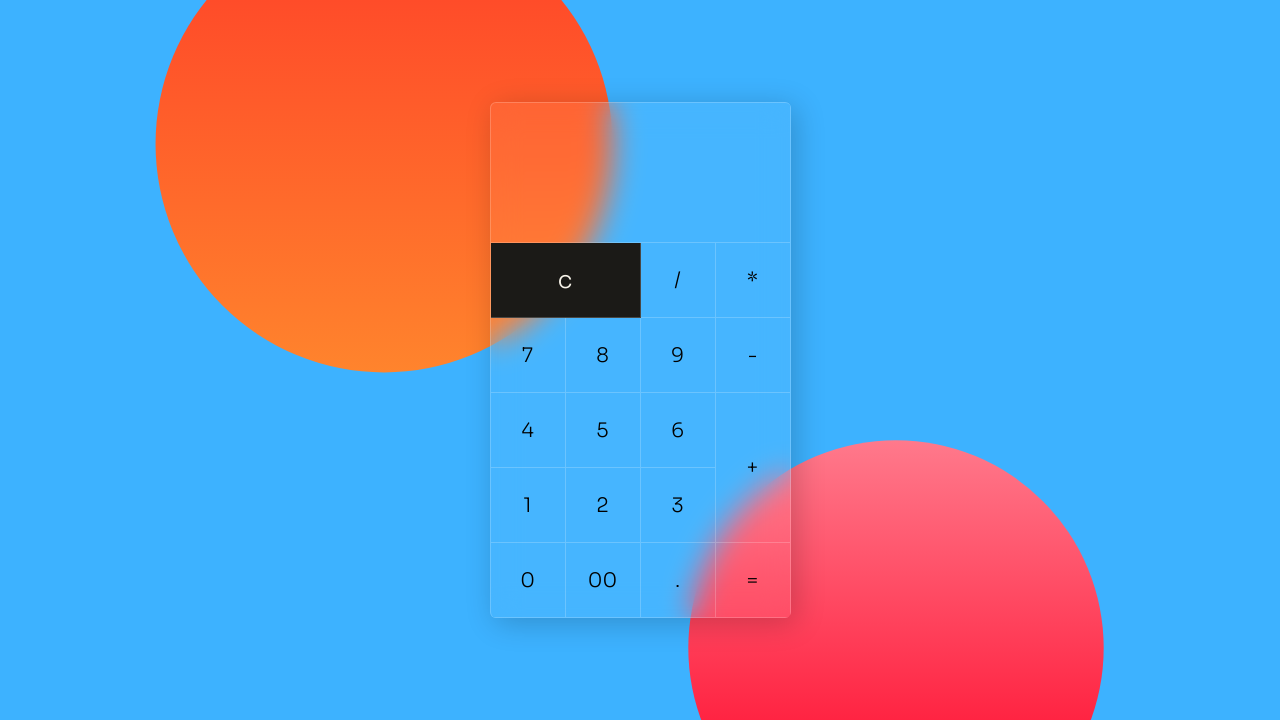
Repository: tharunkumaar404/Glass-Calci
Page: index.html
These files come from the project's save history. The page is drawn as it stood at one moment and after the next save; the edit follows.
The browser window is 1280 px wide. The pictures show the whole page.
The first visible `.container .calculator span` is being pressed.

Above is the page before, as saved 2021-08-26 15:09:10.

### index.html
<!DOCTYPE html>
<html lang="en">
<head>
    <meta charset="UTF-8">
    <meta http-equiv="X-UA-Compatible" content="IE=edge">
    <meta name="viewport" content="width=device-width, initial-scale=1.0">
    <title>Calculator</title>
    <link rel="stylesheet" href="styles.css">
</head>
<body>
    <div class="container">
        <form class="calculator" name="calc">
            <input type="text" readonly class="value" name="txt"/>
            <span class="num clear" onclick="calc.txt.value = ''">c</span>
            <span class="num" onclick="document.calc.txt.value +='/'">/</span>
            <span class="num" onclick="document.calc.txt.value +='*'">*</span>
            <span class="num" onclick="document.calc.txt.value +='7'">7</span>
            <span class="num" onclick="document.calc.txt.value +='8'">8</span>
            <span class="num" onclick="document.calc.txt.value +='9'">9</span>
            <span class="num" onclick="document.calc.txt.value +='-'">-</span>
            <span class="num" onclick="document.calc.txt.value +='4'">4</span>
            <span class="num " onclick="document.calc.txt.value +='5'">5</span>
            <span class="num" onclick="document.calc.txt.value +='6'">6</span>
            <span class="num plus" onclick="document.calc.txt.value +='+'">+</span>
            <span class="num" onclick="document.calc.txt.value +='1'">1</span>
            <span class="num" onclick="document.calc.txt.value +='2'">2</span>
            <span class="num" onclick="document.calc.txt.value +='3'">3</span>
            <span class="num" onclick="document.calc.txt.value +='0'">0</span>
            <span class="num" onclick="document.calc.txt.value +='00'">00</span>
            <span class="num" onclick="document.calc.txt.value +='.'"">.</span>
            <span class="num equal" onclick="document.calc.txt.value =eval(calc.txt.value)">=</span>
        </form>
    </div>
    <script type="text/javascript" src="vanilla-tilt.js"></script>
    <script type="text/javascript">
    	VanillaTilt.init(document.querySelector(".container"), {
    		max: 15,
    		speed: 400,
            glare: true,
            "max-glare":0.2,
            gyroscope:true,
    	});
    </script>
</body>
</html>

### styles.css
@import url('https://fonts.googleapis.com/css2?family=Sora:wght@300&display=swap');

*{
    margin: 0;
    padding: 0;
    box-sizing: border-box;
    font-family: 'Sora', sans-serif;
}

body{
display:flex;
justify-content: center;
align-items: center;
min-height: 100vh;
background: #3DB2FF;
}

body::before{
    content: '';
    position: absolute;
    top: 0;
    left:0;
    width: 100%;
    height:100%;
    background:linear-gradient(#FF4C29,#FFB830);
    clip-path: circle(22% at 30% 20%);
}
body::after{
    content: '';
    position: absolute;
    top: 0;
    left:0;
    width: 100%;
    height:100%;
    background:linear-gradient(#fff,#FF2442);
    clip-path: circle(20% at 70% 90%);
}

.container{
    position:relative;
    background: rgba(255,255,255,0.05);
    border-radius: 6px;
    overflow: hidden;
    z-index:10;
    backdrop-filter: blur(15px);
    border-top: 1px solid rgba(255,255,255,0.2);
    border-left:1px solid rgba(255,255,255,0.2);
    box-shadow: 5px 5px 30px rgba(0,0,0,0.2);

}

.container .calculator{
    position:relative;
    display:grid;

}

.container .calculator .value{
    grid-column: span 4;
    height: 140px;
    width:300px;
    text-align:right;
    border:none;
    outline:none;
    padding:10px;
    font-size:30px;
    background: transparent;
    color: #000;
    border-bottom: 1px solid rgba(255,255,255,0.2);
    border-right:1px solid rgba(255,255,255,0.2);


}
.container .calculator span {
    display:grid;
    place-items:center;
    height: 75px;
    width:75px;
    color:black;
    cursor:pointer;
    font-weight:400;
    font-size:20px;
    user-select:none;
    border-bottom: 1px solid rgba(255,255,255,0.2);
    border-right:1px solid rgba(255,255,255,0.2);
    transition: 0.5s;


}
.container .calculator span:hover{
    transition: 0s;
    background: rgba(255,255,255,0.2);
}

.container .calculator span:active{
    background: #1B1A17;
    color: #F7F3E9;
    font-size: 24px;
    font-weight: 500;

}
.container .calculator .clear{
    grid-column: span 2;
    width:150px;
    background: rgba(255,255,255,0.2);
}
.container .calculator .plus{
grid-row: span 2;
height:150px;
}

### vanilla-tilt.js
var VanillaTilt = (function () {
'use strict';

/**
 * Created by Sergiu Șandor (micku7zu) on 1/27/2017.
 * Original idea: https://github.com/gijsroge/tilt.js
 * MIT License.
 * Version 1.7.1
 */

class VanillaTilt {
  constructor(element, settings = {}) {
    if (!(element instanceof Node)) {
      throw ("Can't initialize VanillaTilt because " + element + " is not a Node.");
    }

    this.width = null;
    this.height = null;
    this.clientWidth = null;
    this.clientHeight = null;
    this.left = null;
    this.top = null;

    // for Gyroscope sampling
    this.gammazero = null;
    this.betazero = null;
    this.lastgammazero = null;
    this.lastbetazero = null;

    this.transitionTimeout = null;
    this.updateCall = null;
    this.event = null;

    this.updateBind = this.update.bind(this);
    this.resetBind = this.reset.bind(this);

    this.element = element;
    this.settings = this.extendSettings(settings);

    this.reverse = this.settings.reverse ? -1 : 1;
    this.glare = VanillaTilt.isSettingTrue(this.settings.glare);
    this.glarePrerender = VanillaTilt.isSettingTrue(this.settings["glare-prerender"]);
    this.fullPageListening = VanillaTilt.isSettingTrue(this.settings["full-page-listening"]);
    this.gyroscope = VanillaTilt.isSettingTrue(this.settings.gyroscope);
    this.gyroscopeSamples = this.settings.gyroscopeSamples;

    this.elementListener = this.getElementListener();

    if (this.glare) {
      this.prepareGlare();
    }

    if (this.fullPageListening) {
      this.updateClientSize();
    }

    this.addEventListeners();
    this.updateInitialPosition();
  }

  static isSettingTrue(setting) {
    return setting === "" || setting === true || setting === 1;
  }

  /**
   * Method returns element what will be listen mouse events
   * @return {Node}
   */
  getElementListener() {
    if (this.fullPageListening) {
      return window.document;
    }

    if (typeof this.settings["mouse-event-element"] === "string") {
      const mouseEventElement = document.querySelector(this.settings["mouse-event-element"]);

      if (mouseEventElement) {
        return mouseEventElement;
      }
    }

    if (this.settings["mouse-event-element"] instanceof Node) {
      return this.settings["mouse-event-element"];
    }

    return this.element;
  }

  /**
   * Method set listen methods for this.elementListener
   * @return {Node}
   */
  addEventListeners() {
    this.onMouseEnterBind = this.onMouseEnter.bind(this);
    this.onMouseMoveBind = this.onMouseMove.bind(this);
    this.onMouseLeaveBind = this.onMouseLeave.bind(this);
    this.onWindowResizeBind = this.onWindowResize.bind(this);
    this.onDeviceOrientationBind = this.onDeviceOrientation.bind(this);

    this.elementListener.addEventListener("mouseenter", this.onMouseEnterBind);
    this.elementListener.addEventListener("mouseleave", this.onMouseLeaveBind);
    this.elementListener.addEventListener("mousemove", this.onMouseMoveBind);

    if (this.glare || this.fullPageListening) {
      window.addEventListener("resize", this.onWindowResizeBind);
    }

    if (this.gyroscope) {
      window.addEventListener("deviceorientation", this.onDeviceOrientationBind);
    }
  }

  /**
   * Method remove event listeners from current this.elementListener
   */
  removeEventListeners() {
    this.elementListener.removeEventListener("mouseenter", this.onMouseEnterBind);
    this.elementListener.removeEventListener("mouseleave", this.onMouseLeaveBind);
    this.elementListener.removeEventListener("mousemove", this.onMouseMoveBind);

    if (this.gyroscope) {
      window.removeEventListener("deviceorientation", this.onDeviceOrientationBind);
    }

    if (this.glare || this.fullPageListening) {
      window.removeEventListener("resize", this.onWindowResizeBind);
    }
  }

  destroy() {
    clearTimeout(this.transitionTimeout);
    if (this.updateCall !== null) {
      cancelAnimationFrame(this.updateCall);
    }

    this.reset();

    this.removeEventListeners();
    this.element.vanillaTilt = null;
    delete this.element.vanillaTilt;

    this.element = null;
  }

  onDeviceOrientation(event) {
    if (event.gamma === null || event.beta === null) {
      return;
    }

    this.updateElementPosition();

    if (this.gyroscopeSamples > 0) {
      this.lastgammazero = this.gammazero;
      this.lastbetazero = this.betazero;

      if (this.gammazero === null) {
        this.gammazero = event.gamma;
        this.betazero = event.beta;
      } else {
        this.gammazero = (event.gamma + this.lastgammazero) / 2;
        this.betazero = (event.beta + this.lastbetazero) / 2;
      }

      this.gyroscopeSamples -= 1;
    }

    const totalAngleX = this.settings.gyroscopeMaxAngleX - this.settings.gyroscopeMinAngleX;
    const totalAngleY = this.settings.gyroscopeMaxAngleY - this.settings.gyroscopeMinAngleY;

    const degreesPerPixelX = totalAngleX / this.width;
    const degreesPerPixelY = totalAngleY / this.height;

    const angleX = event.gamma - (this.settings.gyroscopeMinAngleX + this.gammazero);
    const angleY = event.beta - (this.settings.gyroscopeMinAngleY + this.betazero);

    const posX = angleX / degreesPerPixelX;
    const posY = angleY / degreesPerPixelY;

    if (this.updateCall !== null) {
      cancelAnimationFrame(this.updateCall);
    }

    this.event = {
      clientX: posX + this.left,
      clientY: posY + this.top,
    };

    this.updateCall = requestAnimationFrame(this.updateBind);
  }

  onMouseEnter() {
    this.updateElementPosition();
    this.element.style.willChange = "transform";
    this.setTransition();
  }

  onMouseMove(event) {
    if (this.updateCall !== null) {
      cancelAnimationFrame(this.updateCall);
    }

    this.event = event;
    this.updateCall = requestAnimationFrame(this.updateBind);
  }

  onMouseLeave() {
    this.setTransition();

    if (this.settings.reset) {
      requestAnimationFrame(this.resetBind);
    }
  }

  reset() {
    this.event = {
      clientX: this.left + this.width / 2,
      clientY: this.top + this.height / 2
    };

    if (this.element && this.element.style) {
      this.element.style.transform = `perspective(${this.settings.perspective}px) ` +
        `rotateX(0deg) ` +
        `rotateY(0deg) ` +
        `scale3d(1, 1, 1)`;
    }

    this.resetGlare();
  }

  resetGlare() {
    if (this.glare) {
      this.glareElement.style.transform = "rotate(180deg) translate(-50%, -50%)";
      this.glareElement.style.opacity = "0";
    }
  }

  updateInitialPosition() {
    if (this.settings.startX === 0 && this.settings.startY === 0) {
      return;
    }

    this.onMouseEnter();

    if (this.fullPageListening) {
      this.event = {
        clientX: (this.settings.startX + this.settings.max) / (2 * this.settings.max) * this.clientWidth,
        clientY: (this.settings.startY + this.settings.max) / (2 * this.settings.max) * this.clientHeight
      };
    } else {
      this.event = {
        clientX: this.left + ((this.settings.startX + this.settings.max) / (2 * this.settings.max) * this.width),
        clientY: this.top + ((this.settings.startY + this.settings.max) / (2 * this.settings.max) * this.height)
      };
    }


    let backupScale = this.settings.scale;
    this.settings.scale = 1;
    this.update();
    this.settings.scale = backupScale;
    this.resetGlare();
  }

  getValues() {
    let x, y;

    if (this.fullPageListening) {
      x = this.event.clientX / this.clientWidth;
      y = this.event.clientY / this.clientHeight;
    } else {
      x = (this.event.clientX - this.left) / this.width;
      y = (this.event.clientY - this.top) / this.height;
    }

    x = Math.min(Math.max(x, 0), 1);
    y = Math.min(Math.max(y, 0), 1);

    let tiltX = (this.reverse * (this.settings.max - x * this.settings.max * 2)).toFixed(2);
    let tiltY = (this.reverse * (y * this.settings.max * 2 - this.settings.max)).toFixed(2);
    let angle = Math.atan2(this.event.clientX - (this.left + this.width / 2), -(this.event.clientY - (this.top + this.height / 2))) * (180 / Math.PI);

    return {
      tiltX: tiltX,
      tiltY: tiltY,
      percentageX: x * 100,
      percentageY: y * 100,
      angle: angle
    };
  }

  updateElementPosition() {
    let rect = this.element.getBoundingClientRect();

    this.width = this.element.offsetWidth;
    this.height = this.element.offsetHeight;
    this.left = rect.left;
    this.top = rect.top;
  }

  update() {
    let values = this.getValues();

    this.element.style.transform = "perspective(" + this.settings.perspective + "px) " +
      "rotateX(" + (this.settings.axis === "x" ? 0 : values.tiltY) + "deg) " +
      "rotateY(" + (this.settings.axis === "y" ? 0 : values.tiltX) + "deg) " +
      "scale3d(" + this.settings.scale + ", " + this.settings.scale + ", " + this.settings.scale + ")";

    if (this.glare) {
      this.glareElement.style.transform = `rotate(${values.angle}deg) translate(-50%, -50%)`;
      this.glareElement.style.opacity = `${values.percentageY * this.settings["max-glare"] / 100}`;
    }

    this.element.dispatchEvent(new CustomEvent("tiltChange", {
      "detail": values
    }));

    this.updateCall = null;
  }

  /**
   * Appends the glare element (if glarePrerender equals false)
   * and sets the default style
   */
  prepareGlare() {
    // If option pre-render is enabled we assume all html/css is present for an optimal glare effect.
    if (!this.glarePrerender) {
      // Create glare element
      const jsTiltGlare = document.createElement("div");
      jsTiltGlare.classList.add("js-tilt-glare");

      const jsTiltGlareInner = document.createElement("div");
      jsTiltGlareInner.classList.add("js-tilt-glare-inner");

      jsTiltGlare.appendChild(jsTiltGlareInner);
      this.element.appendChild(jsTiltGlare);
    }

    this.glareElementWrapper = this.element.querySelector(".js-tilt-glare");
    this.glareElement = this.element.querySelector(".js-tilt-glare-inner");

    if (this.glarePrerender) {
      return;
    }

    Object.assign(this.glareElementWrapper.style, {
      "position": "absolute",
      "top": "0",
      "left": "0",
      "width": "100%",
      "height": "100%",
      "overflow": "hidden",
      "pointer-events": "none"
    });

    Object.assign(this.glareElement.style, {
      "position": "absolute",
      "top": "50%",
      "left": "50%",
      "pointer-events": "none",
      "background-image": `linear-gradient(0deg, rgba(255,255,255,0) 0%, rgba(255,255,255,1) 100%)`,
      "width": `${this.element.offsetWidth * 2}px`,
      "height": `${this.element.offsetWidth * 2}px`,
      "transform": "rotate(180deg) translate(-50%, -50%)",
      "transform-origin": "0% 0%",
      "opacity": "0",
    });
  }

  updateGlareSize() {
    if (this.glare) {
      Object.assign(this.glareElement.style, {
        "width": `${this.element.offsetWidth * 2}`,
        "height": `${this.element.offsetWidth * 2}`,
      });
    }
  }

  updateClientSize() {
    this.clientWidth = window.innerWidth
      || document.documentElement.clientWidth
      || document.body.clientWidth;

    this.clientHeight = window.innerHeight
      || document.documentElement.clientHeight
      || document.body.clientHeight;
  }

  onWindowResize() {
    this.updateGlareSize();
    this.updateClientSize();
  }

  setTransition() {
    clearTimeout(this.transitionTimeout);
    this.element.style.transition = this.settings.speed + "ms " + this.settings.easing;
    if (this.glare) this.glareElement.style.transition = `opacity ${this.settings.speed}ms ${this.settings.easing}`;

    this.transitionTimeout = setTimeout(() => {
      this.element.style.transition = "";
      if (this.glare) {
        this.glareElement.style.transition = "";
      }
    }, this.settings.speed);

  }

  /**
   * Method return patched settings of instance
   * @param {boolean} settings.reverse - reverse the tilt direction
   * @param {number} settings.max - max tilt rotation (degrees)
   * @param {startX} settings.startX - the starting tilt on the X axis, in degrees. Default: 0
   * @param {startY} settings.startY - the starting tilt on the Y axis, in degrees. Default: 0
   * @param {number} settings.perspective - Transform perspective, the lower the more extreme the tilt gets
   * @param {string} settings.easing - Easing on enter/exit
   * @param {number} settings.scale - 2 = 200%, 1.5 = 150%, etc..
   * @param {number} settings.speed - Speed of the enter/exit transition
   * @param {boolean} settings.transition - Set a transition on enter/exit
   * @param {string|null} settings.axis - What axis should be disabled. Can be X or Y
   * @param {boolean} settings.glare - What axis should be disabled. Can be X or Y
   * @param {number} settings.max-glare - the maximum "glare" opacity (1 = 100%, 0.5 = 50%)
   * @param {boolean} settings.glare-prerender - false = VanillaTilt creates the glare elements for you, otherwise
   * @param {boolean} settings.full-page-listening - If true, parallax effect will listen to mouse move events on the whole document, not only the selected element
   * @param {string|object} settings.mouse-event-element - String selector or link to HTML-element what will be listen mouse events
   * @param {boolean} settings.reset - false = If the tilt effect has to be reset on exit
   * @param {gyroscope} settings.gyroscope - Enable tilting by deviceorientation events
   * @param {gyroscopeSensitivity} settings.gyroscopeSensitivity - Between 0 and 1 - The angle at which max tilt position is reached. 1 = 90deg, 0.5 = 45deg, etc..
   * @param {gyroscopeSamples} settings.gyroscopeSamples - How many gyroscope moves to decide the starting position.
   */
  extendSettings(settings) {
    let defaultSettings = {
      reverse: false,
      max: 15,
      startX: 0,
      startY: 0,
      perspective: 1000,
      easing: "cubic-bezier(.03,.98,.52,.99)",
      scale: 1,
      speed: 300,
      transition: true,
      axis: null,
      glare: false,
      "max-glare": 1,
      "glare-prerender": false,
      "full-page-listening": false,
      "mouse-event-element": null,
      reset: true,
      gyroscope: true,
      gyroscopeMinAngleX: -45,
      gyroscopeMaxAngleX: 45,
      gyroscopeMinAngleY: -45,
      gyroscopeMaxAngleY: 45,
      gyroscopeSamples: 10
    };

    let newSettings = {};
    for (var property in defaultSettings) {
      if (property in settings) {
        newSettings[property] = settings[property];
      } else if (this.element.hasAttribute("data-tilt-" + property)) {
        let attribute = this.element.getAttribute("data-tilt-" + property);
        try {
          newSettings[property] = JSON.parse(attribute);
        } catch (e) {
          newSettings[property] = attribute;
        }

      } else {
        newSettings[property] = defaultSettings[property];
      }
    }

    return newSettings;
  }

  static init(elements, settings) {
    if (elements instanceof Node) {
      elements = [elements];
    }

    if (elements instanceof NodeList) {
      elements = [].slice.call(elements);
    }

    if (!(elements instanceof Array)) {
      return;
    }

    elements.forEach((element) => {
      if (!("vanillaTilt" in element)) {
        element.vanillaTilt = new VanillaTilt(element, settings);
      }
    });
  }
}

if (typeof document !== "undefined") {
  /* expose the class to window */
  window.VanillaTilt = VanillaTilt;

  /**
   * Auto load
   */
  VanillaTilt.init(document.querySelectorAll("[data-tilt]"));
}

return VanillaTilt;

}());

After the next save:
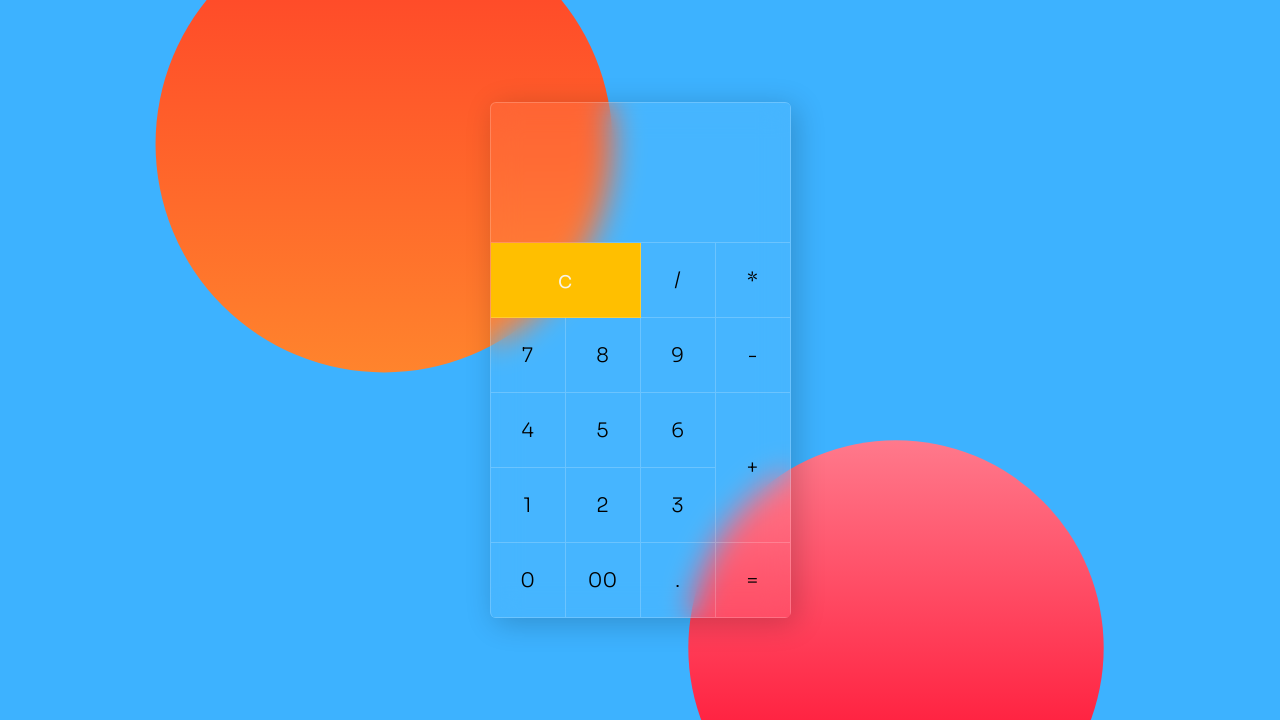
Saved 27 s later.
--- a/styles.css
+++ b/styles.css
@@ -93,7 +93,7 @@ body::after{
 }
 
 .container .calculator span:active{
-    background: #1B1A17;
+    background: #ffbf00;
     color: #F7F3E9;
     font-size: 24px;
     font-weight: 500;
